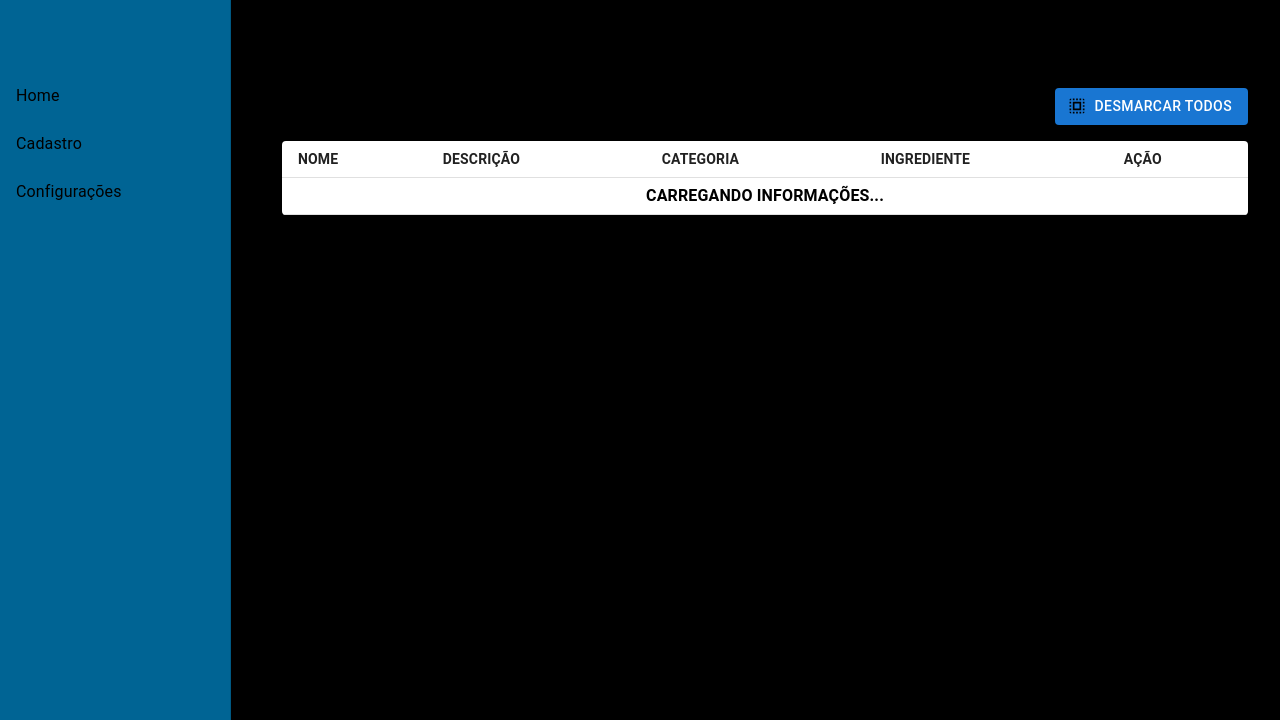
Repository: oZanella/projeto_windel_web_CRM
Page: /
An editor plug-in stored every save of this project. The page is shown before and after the next save, followed by the edit.
The browser window is 1280 px wide. The pictures show the whole page.
The page's requests for data from a server got no answer. The project was rebuilt for these pictures with package versions that can differ from the ones it lists, and the page was loaded fresh each time. No one was signed in, and anything a server would have sent is missing. Also part of the build but not shown: vite.config.js, src/routes/Configuracoes.jsx. Imported but missing from the stored project, and not drawn on this page: src/routes/Cadastro.jsx.

Above is the page before, as saved 2024-08-19 08:48:27.

### index.html
<!doctype html>
<html lang="en">

<head>
  <meta charset="UTF-8" />
  <link rel="icon" type="image/svg+xml" href="./src/image/LogoWindel.svg" />
  <link rel="stylesheet" href="src/style/GlobalStyles.css" />
  <link href="https://fonts.googleapis.com/css2?family=Playfair+Display&display=swap" rel="stylesheet">

  <meta name="viewport" content="width=device-width, initial-scale=1.0" />
  <title>Projeto Teste - CRM </title>
</head>

<body>
  <div id="root"></div>
  <script type="module" src="/src/main.jsx"></script>
</body>

</html>

### src/style/GlobalStyles.css
:root {
  --click: #7fa8c4;
  --primary: #E8F1F2;
  --darkblue: #13293D;
  --secondary: #000000;
  --ligthblue: #1b98e0;
  --animation: #006494;
  --ligthkgrey: #D3D3D3;
  --blueceledron: #247ba0;
  --delete: #FF0000;
}

* {
    color: var(--secondary);
}

body {
  background-color: var(--secondary);
}

### src/main.jsx
import { createBrowserRouter, RouterProvider, Navigate } from "react-router-dom"
import { createRoot } from 'react-dom/client'
import { StrictMode } from 'react'
import { App } from './App.jsx'

import './style/GlobalStyles.css'

//páginas do projeto
import { Cadastro } from './routes/Cadastro.jsx'
import { Home } from './routes/Home.jsx'
import { Configuracoes } from './routes/configuracoes.jsx'

const router = createBrowserRouter([
  {
    element: <App />,
    children: [
      {
        path: '/',
        element: <Navigate to="/home" replace />,
      },
      {
        path: '/home',
        element: <Home />,
      },
      {
        path: '/cadastro',
        element: <Cadastro />,
      },
      {
        path: '/configuracoes',
        element: <Configuracoes />,
      },
    ],
  },
])

createRoot(document.getElementById('root')).render(
  <StrictMode>
    <RouterProvider router={router} />
  </StrictMode>,
)

### src/App.jsx
import { Header } from './components/Header'
import { Outlet } from 'react-router-dom'
import { Box } from '@mui/material'
import './style/GlobalStyles.css'

export function App() {
  return (
    <Box sx={{ p: { xs: 2, sm: 3 }, marginTop: { xs: 8, sm: 8 } }}>
      <Header />
      <Box>
        <Outlet />
      </Box>
    </Box>
  );
}

### src/routes/Home.jsx
import React, { useEffect, useState } from 'react';
import { Box, TextField, Button, Dialog, DialogActions, DialogContent, DialogTitle, Select, MenuItem, FormControl, InputLabel } from '@mui/material';

import { handleShowDetails, handleEdit, handleSave, handleInputChange } from '../components/Handle';
import { CardDados } from '../components/TableHome';

import { blogFetch } from '../axios/config';


export const Home = () => {
  const [posts, setPosts] = useState([]);
  const [selectInfo, setSelectInfo] = useState(null);
  const [modeEdit, setModeEdit] = useState(null);
  const [dataEdit, setDataEdit] = useState({});
  const [openAddDialog, setOpenAddDialog] = useState(false);
  const [newPost, setNewPost] = useState({ name: '', description: '', category: '' });

  const getPosts = async () => {
    try {
      const response = await blogFetch.get("/recipe");
      const uniqueData = response.data.filter((value, index, self) =>
        index === self.findIndex((t) => t.id === value.id)
      );
      setPosts(uniqueData); // Garante que não tenha dados duplicados
    } catch (error) {
      console.log(error);
    }
  };

  useEffect(() => {
    getPosts();
  }, []);

  const handleDelete = async (postId) => {
    try {
      await blogFetch.delete(`/recipe/${postId}`);
      setPosts(posts.filter(post => post.id !== postId));
      console.log('Post deletado com sucesso');
    } catch (error) {
      console.error('Erro ao deletar o post', error);
    }
  };

  const handleAddOpen = () => setOpenAddDialog(true);
  const handleAddClose = () => setOpenAddDialog(false);

  {/* API para envio do novo registro*/ }
  const handleAdd = async () => {
    try {
      const newPostFormatted = {
        name: newPost.name,
        description: newPost.description,
        ingredients: [],
        category: newPost.category,
        isFavorite: newPost.isFavorite
      };

      const response = await blogFetch.post("/recipe", newPostFormatted);
      setPosts([...posts, response.data]);
      setNewPost({ name: '', description: '', category: '', isFavorite: false });
      handleAddClose();
      console.log('Post adicionado com sucesso');
    } catch (error) {
      console.error('Erro ao adicionar o post', error);
    }
  };

  return (
    <Box>
      {/* Dados para Adicionar Novo Registro */}
      <Dialog open={openAddDialog} onClose={handleAddClose}>
        <DialogTitle>Adicionar Novo Registro</DialogTitle>
        <DialogContent>
          <TextField
            name="name"
            label="Nome"
            value={newPost.name}
            onChange={(e) => setNewPost({ ...newPost, name: e.target.value })}
            fullWidth
            sx={{ marginBottom: 2 }}
          />
          <TextField
            name="description"
            label="Descrição"
            value={newPost.description}
            onChange={(e) => setNewPost({ ...newPost, description: e.target.value })}
            fullWidth
            sx={{ marginBottom: 2 }}
          />
          <TextField
            name="category"
            label="Categoria"
            value={newPost.category}
            onChange={(e) => setNewPost({ ...newPost, category: e.target.value })}
            fullWidth
            sx={{ marginBottom: 2 }}
          />
          <FormControl fullWidth sx={{ marginBottom: 2 }}>
            <InputLabel>Favorito</InputLabel>
            <Select
              name="isFavorite"
              value={newPost.isFavorite}
              onChange={(e) => setNewPost({ ...newPost, isFavorite: e.target.value })}
              label="Favorito"
            >
              <MenuItem value={true}>Sim</MenuItem>
              <MenuItem value={false}>Não</MenuItem>

            </Select>
          </FormControl>
        </DialogContent>
        <DialogActions>
          <Button onClick={handleAddClose}>Cancelar</Button>
          <Button onClick={handleAdd}>Adicionar</Button>
        </DialogActions>
      </Dialog>

      <CardDados
        posts={posts}
        handleDelete={handleDelete}
        handleEdit={handleEdit}
        handleSave={handleSave}
        modeEdit={modeEdit}
        setModeEdit={setModeEdit}
        dataEdit={dataEdit}
        setDataEdit={setDataEdit}
        handleInputChange={handleInputChange}
        selectInfo={selectInfo}
        setSelectInfo={setSelectInfo}
        handleShowDetails={handleShowDetails}
      />
    </Box>
  );
};

### src/components/Header.jsx
import { AppBar, Toolbar, Typography, Box, Button, IconButton, Drawer, List, ListItem, ListItemText } from '@mui/material';
import MenuIcon from '@mui/icons-material/Menu';
import Logo from '../image/LogoWindel.svg';
import { Link } from 'react-router-dom';
import React, { useState } from 'react';

export const Header = () => {
  const [isDrawerOpen, setIsDrawerOpen] = useState(false);

  const toggleDrawer = (open) => () => {
    setIsDrawerOpen(open);
  };

  const menuItems = [
    { text: 'Home', link: '/home' },
    { text: 'Cadastro', link: '/cadastro' },
    { text: 'Configurações', link: '/configuracoes' },
  ];

  return (
    <>

      <AppBar
        position="fixed"
        sx={{
          display: { xs: 'flex', sm: 'none' },
          width: '100%',
          boxShadow: '0px 0.01px 11px var(--secondary)',
          top: 0,
          left: 0,
          backgroundColor: 'var(--darkblue)',
        }}
      >
        <Toolbar
          sx={{
            display: 'flex',
            justifyContent: 'space-between',
          }}
        >
          <IconButton
            edge="start"
            color="inherit"
            aria-label="menu"
            onClick={toggleDrawer(true)}
          >
            <MenuIcon />

          </IconButton>
          <Typography variant="h6" sx={{ flexGrow: 1 }}>
            Cooking Cake
          </Typography>

          <IconButton
            to={`/home`}
            sx={{
              cursor: 'default',
            }}
            component={Link}
            aria-label="logo"
          >
            <img src={Logo} alt="Logo" style={{ width: '50px', height: '40px' }} />
          </IconButton>
        </Toolbar>
      </AppBar>


      <Drawer
        anchor="left"
        open={isDrawerOpen}
        onClose={toggleDrawer(false)}
        sx={{
          display: { xs: 'block', sm: 'none' },
          '& .MuiDrawer-paper': {
            width: 240,
            backgroundColor: 'var(--darkblue)',
          },
        }}
      >
        <List>
          {menuItems.map((item) => (
            <ListItem key={item.text} component={Link} to={item.link} onClick={toggleDrawer(false)}>
              <ListItemText primary={item.text} />
            </ListItem>
          ))}
        </List>
      </Drawer>


      <Drawer
        variant="permanent"
        sx={{
          display: { xs: 'none', sm: 'block' },
          '& .MuiDrawer-paper': {
            width: 230,
            backgroundColor: 'var(--animation)',
          },
        }}
        open
      >
        <Toolbar />
        <Box sx={{ overflow: 'auto' }}>
          <List>
            {menuItems.map((item) => (
              <ListItem key={item.text} component={Link} to={item.link}>
                <ListItemText primary={item.text} />
              </ListItem>
            ))}
          </List>
        </Box>
      </Drawer>

      {/* Area do main */}
      <Box
        component="main"
        sx={{

                }}
      >

      </Box>
    </>
  );
};

### src/components/Handle.jsx

import { blogFetch } from '../axios/config';


export const handleShowDetails = (post, setSelectInfo, selectInfo) => {
  if (selectInfo?.id === post.id) {
    setSelectInfo(null); // Fecha se já estiver aberto
  } else {
    setSelectInfo(post); // Abre o post atual
  }
};

export const handleEdit = (post, setModeEdit, setDataEdit) => {
  setModeEdit(post.id);
  setDataEdit(post);
};

//continua com erro, verificar!!
export const handleSave = async (postId, updateData) => {
  try {
    // Envie uma requisição PUT ou POST para salvar os dados atualizados
    const response = await blogFetch.put(`/blogFetch/posts/${postId}`, updateData);
    console.log('Dados salvos com sucesso', response.data);

  } catch (error) {
    console.error('Erro de API', error);
  }
};

export const handleInputChange = (e, setDataEdit) => {
  setDataEdit(prevDataEdit => ({ ...prevDataEdit, [e.target.name]: e.target.value }));
};

### src/components/TableHome.jsx
import React, { useState, useEffect } from 'react';
import {
  Table, TableBody, TableCell, TableContainer, TableHead, TableRow, Typography, Box, Button, IconButton, TextField, Dialog, DialogContent, DialogActions, FormControlLabel, Switch, Chip, Paper, Checkbox
} from '@mui/material';
import EditIcon from '@mui/icons-material/Edit';
import SaveIcon from '@mui/icons-material/Save';
import AddIcon from '@mui/icons-material/Add';
import CloseIcon from '@mui/icons-material/Close';
import DeleteIcon from '@mui/icons-material/Delete';
import SelectAllIcon from '@mui/icons-material/SelectAll';
import axios from 'axios';

const API_BASE_URL = 'https://teste-tecnico-front-api.up.railway.app';

export const CardDados = ({
  posts, setPosts, handleDelete
}) => {
  const [openModal, setOpenModal] = useState(false);
  const [currentPost, setCurrentPost] = useState(null);
  const [dataEdit, setDataEdit] = useState({});
  const [newIngredient, setNewIngredient] = useState('');
  const [selectedPosts, setSelectedPosts] = useState([]);

  useEffect(() => {
    if (currentPost) {
      setDataEdit({ ...currentPost });
    }
  }, [currentPost]);

  const handleEditOpen = (post) => {
    setCurrentPost(post);
    setOpenModal(true);
  };

  const handleEditClose = () => {
    setOpenModal(false);
    setCurrentPost(null);
    setNewIngredient('');
  };

  const handleSaveModal = async () => {
    if (currentPost) {
      try {
        await axios.put(`${API_BASE_URL}/posts/${currentPost.id}`, dataEdit);
        const response = await axios.get(`${API_BASE_URL}/posts`);
        setPosts(response.data);
        handleEditClose();
      } catch (error) {
        console.error('Error ao salvar:', error);
      }
    }
  };

  const handleAddIngredient = () => {
    if (newIngredient.trim() !== '') {
      setDataEdit((prevData) => ({
        ...prevData,
        ingredients: [...(prevData.ingredients || []), newIngredient.trim()],
      }));
      setNewIngredient('');
    }
  };

  const handleRemoveIngredient = (ingredientToRemove) => {
    setDataEdit((prevData) => ({
      ...prevData,
      ingredients: (prevData.ingredients || []).filter((ingredient) => ingredient !== ingredientToRemove),
    }));
  };

  const handleSelectAll = () => {
    if (selectedPosts.length === posts.length) {
      setSelectedPosts([]);
    } else {
      setSelectedPosts(posts.map(post => post.id));
    }
  };

  const handleDeleteSelected = async () => {
    try {
      await Promise.all(selectedPosts.map(id => axios.delete(`${API_BASE_URL}/posts/${id}`)));
      const response = await axios.get(`${API_BASE_URL}/posts`);
      setPosts(response.data);
      setSelectedPosts([]);
    } catch (error) {
      console.error('Error ao apagar os registros:', error);
    }
  };

  const handleSelectPost = (id) => {
    setSelectedPosts(prevSelected =>
      prevSelected.includes(id)
        ? prevSelected.filter(postId => postId !== id)
        : [...prevSelected, id]
    );
  };

  return (
    <>
      <Box sx={{ display: 'flex', justifyContent: 'flex-end', mb: 2 }}>
        <Button
          variant="contained"
          color="error"
          startIcon={<DeleteIcon />}
          onClick={handleDeleteSelected}
          disabled={selectedPosts.length === 0}
          sx={{ marginRight: 2 }}
        >
          Apagar Selecionados
        </Button>
        <Button
          variant="contained"
          color="primary"
          startIcon={<SelectAllIcon />}
          onClick={handleSelectAll}
        >
          {selectedPosts.length === posts.length ? 'Desmarcar Todos' : 'Selecionar Todos'}
        </Button>
      </Box>

      {/* Tabela aonde aparece os dados
      Dentro do TableContainer tem um calculo que é feito por conta do menu lateral*/}
      <TableContainer component={Paper} sx={{ overflowX: 'auto', width: { xs: '100%', sm: 'calc(100% - 250px)' }, ml: { sm: '250px' } }}>
        <Table size='small'>
          <TableHead>
            <TableRow>
              <TableCell sx={{ fontWeight: 'bold', textTransform: 'uppercase' }}>Nome</TableCell>
              <TableCell sx={{ fontWeight: 'bold', textTransform: 'uppercase' }}>Descrição</TableCell>
              <TableCell sx={{ fontWeight: 'bold', textTransform: 'uppercase' }}>Categoria</TableCell>
              <TableCell sx={{ fontWeight: 'bold', textTransform: 'uppercase' }}>Ingrediente</TableCell>
              <TableCell sx={{ fontWeight: 'bold', textTransform: 'uppercase' }}>Ação</TableCell>
            </TableRow>
          </TableHead>
          <TableBody>
            {posts.length === 0 ? (
              <TableRow>
                <TableCell colSpan={5} align="center">
                  <Typography variant="body1" sx={{ fontWeight: 'bold', textTransform: 'uppercase' }}>Carregando informações...</Typography>
                </TableCell>
              </TableRow>
            ) : (
              posts.map((post) => (
                <TableRow sx={{ height: 'auto' }} key={post.id}>
                  <TableCell sx={{ padding: '8px' }}>
                    {post.name}
                  </TableCell>
                  <TableCell sx={{ padding: '8px' }}>{post.description}</TableCell>
                  <TableCell sx={{ padding: '8px' }}>{post.category}</TableCell>

                  <TableCell sx={{ padding: '8px' }}>
                    <Box sx={{
                      display: 'flex',
                      flexWrap: 'wrap',
                      overflowX: 'auto',
                      gap: 1,
                      width: '100%',
                    }}>
                      {post.ingredients && post.ingredients.length > 0 ? (
                        post.ingredients.map((ingredient) => (
                          <Box
                            key={ingredient.id}
                            sx={{
                              display: 'flex',
                              flexDirection: 'column',
                              alignItems: 'flex-start',
                              marginRight: 1,
                              marginBottom: 1,
                            }}
                          >
                            <Typography variant="body1">{ingredient.name}</Typography>
                            <Typography variant="body2" color="textSecondary">
                              Quantidade: {ingredient.quantity}
                            </Typography>
                          </Box>
                        ))
                      ) : (
                        <Typography variant="body2">Nenhum ingrediente disponível</Typography>
                      )}
                    </Box>
                  </TableCell>

                  <TableCell>
                    <Box sx={{ display: 'flex', alignItems: 'center' }}>
                      <Checkbox
                        checked={selectedPosts.includes(post.id)}
                        onChange={() => handleSelectPost(post.id)}
                        color="primary"
                      />
                      <IconButton
                        color="primary"
                        onClick={() => handleEditOpen(post)}
                        sx={{ mr: 1 }}
                      >
                        <EditIcon />
                      </IconButton>
                      <IconButton
                        color="error"
                        onClick={() => handleDelete(post.id)}
                      >
                        <DeleteIcon />
                      </IconButton>
                    </Box>
                  </TableCell>
                </TableRow>
              ))
            )}
          </TableBody>
        </Table>
      </TableContainer>

      {/* Modal de edição */}
      <Dialog open={openModal} onClose={handleEditClose} fullWidth maxWidth="sm">
        <DialogContent>
          {currentPost && (
            <Box component="form" sx={{ display: 'flex', flexDirection: 'column', gap: 2 }}>
              <TextField
                name="name"
                label="Nome"
                value={dataEdit.name || ''}
                onChange={(e) => setDataEdit({ ...dataEdit, name: e.target.value })}
                fullWidth
                sx={{ marginBottom: 2 }}
              />
              <TextField
                name="description"
                label="Descrição"
                value={dataEdit.description || ''}
                onChange={(e) => setDataEdit({ ...dataEdit, description: e.target.value })}
                fullWidth
                sx={{ marginBottom: 2 }}
              />
              <TextField
                name="category"
                label="Categoria"
                value={dataEdit.category || ''}
                onChange={(e) => setDataEdit({ ...dataEdit, category: e.target.value })}
                fullWidth
                sx={{ marginBottom: 2 }}
              />
              <FormControlLabel
                control={
                  <Switch
                    checked={dataEdit.isFavorite || false}
                    onChange={(e) => setDataEdit({ ...dataEdit, isFavorite: e.target.checked })}
                    color="primary"
                  />
                }
                label="Favorito"
              />
              <Box sx={{ display: 'flex', gap: 2 }}>
                <TextField
                  label="Novo Ingrediente"
                  value={newIngredient}
                  onChange={(e) => setNewIngredient(e.target.value)}
                  fullWidth
                  sx={{ marginBottom: 2 }}
                />
                <IconButton
                  color="primary"
                  onClick={handleAddIngredient}
                  disabled={!newIngredient.trim()}
                  sx={{ marginBottom: 2 }}
                >
                  <AddIcon />
                </IconButton>
              </Box>

              {dataEdit.ingredients && dataEdit.ingredients.length > 0 && (
                <Box sx={{ display: 'flex', flexWrap: 'wrap', gap: 1 }}>
                  {dataEdit.ingredients.map((ingredient, index) => (
                    <Chip
                      key={index}
                      label={ingredient}
                      onDelete={() => handleRemoveIngredient(ingredient)}
                      sx={{ marginBottom: 2 }}
                    />
                  ))}
                </Box>
              )}
            </Box>
          )}
        </DialogContent>
        <DialogActions>
          <Button onClick={handleEditClose} color="secondary" startIcon={<CloseIcon />}>
            Cancelar
          </Button>
          <Button onClick={handleSaveModal} color="primary" startIcon={<SaveIcon />}>
            Salvar
          </Button>
        </DialogActions>
      </Dialog>
    </>
  );
};

### src/axios/config.jsx
// src/axios/config.js
import axios from 'axios';

export const blogFetch = axios.create({
  baseURL: 'https://teste-tecnico-front-api.up.railway.app',
  headers: {
    'Content-Type': 'application/json',
  },
});

After the next save:
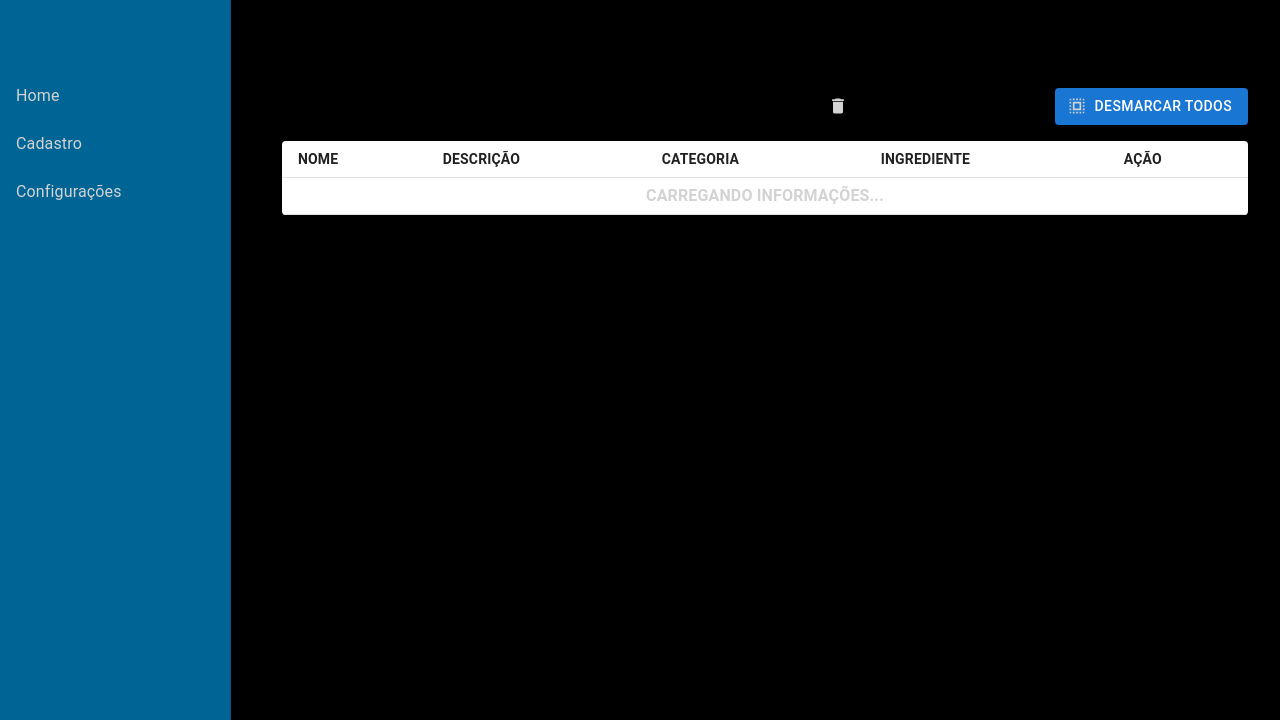
Saved 13 s later.
--- a/src/style/GlobalStyles.css
+++ b/src/style/GlobalStyles.css
@@ -11,7 +11,7 @@
 }
 
 * {
-    color: var(--secondary);
+    color: var(--ligthkgrey);
 }
 
 body {

After the save that followed:
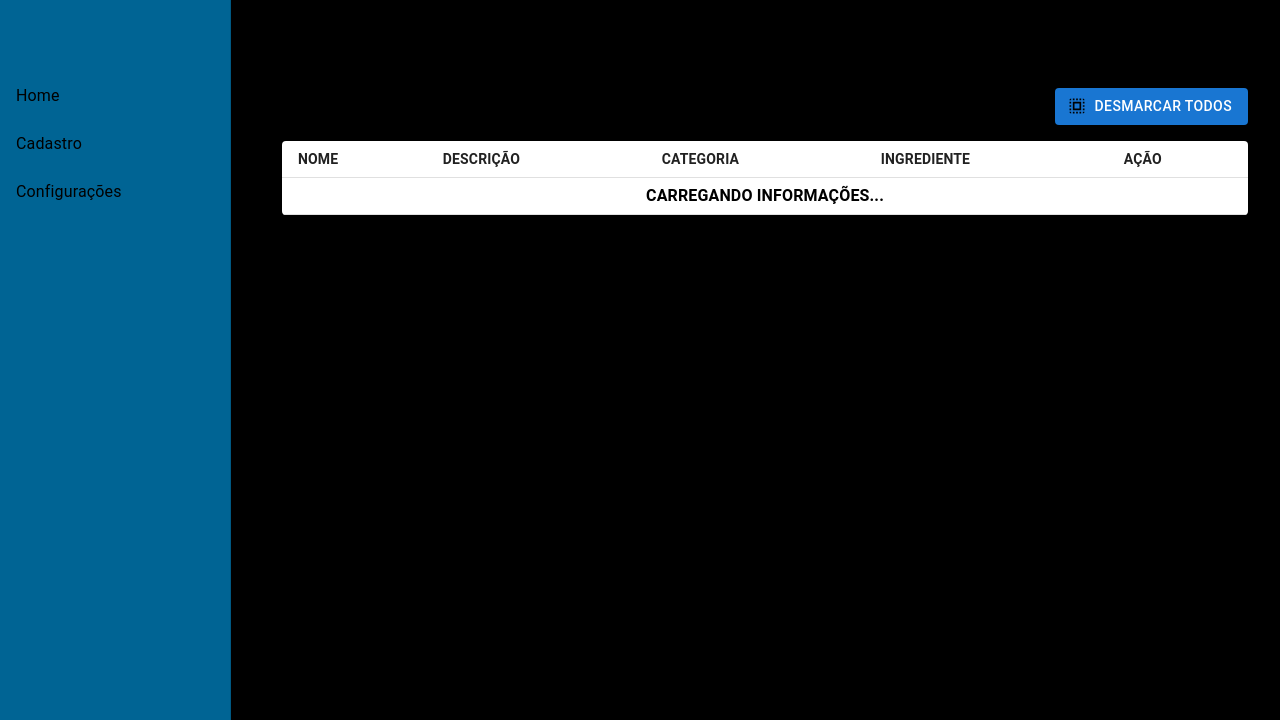
Saved 9 s later.
--- a/src/style/GlobalStyles.css
+++ b/src/style/GlobalStyles.css
@@ -11,7 +11,7 @@
 }
 
 * {
-    color: var(--ligthkgrey);
+    color: var(--secondary);
 }
 
 body {
